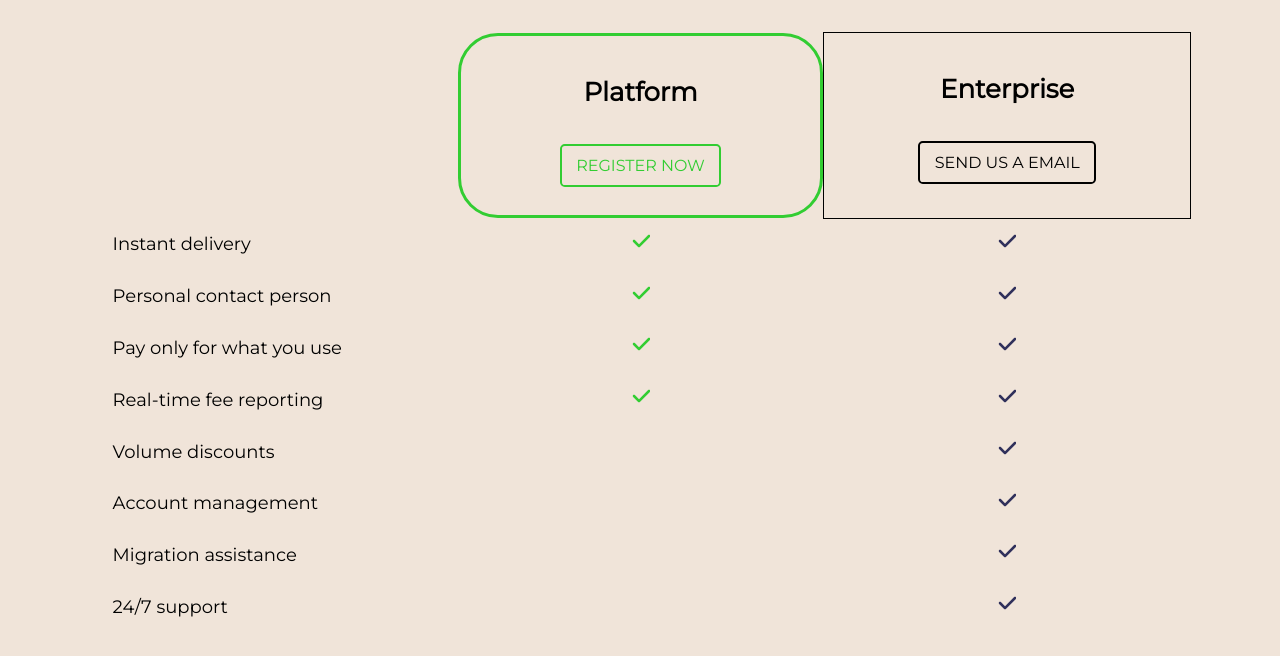
Repository: darlino/gotyu_shopify_section
Page: gotyu_table210223/index.html
These files come from the project's save history. The page is drawn as it stood at one moment and after the next save; the edit follows.
The browser window is 1280 px wide. The pictures show the whole page.

Above is the page before, as saved 2023-02-21 12:21:49.

After the next save:
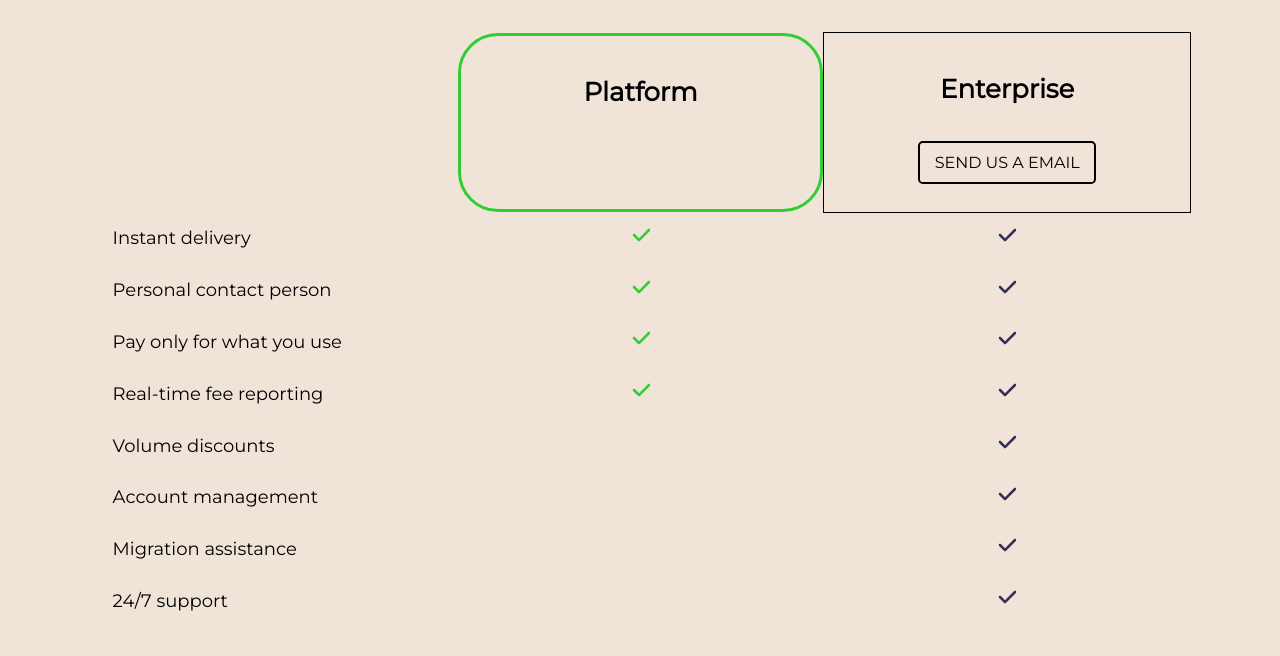
Saved 74 s later.
--- a/gotyu_table210223/index.html
+++ b/gotyu_table210223/index.html
@@ -19,7 +19,6 @@
         <div class="table-cell"></div>
         <div class="table-cell plattform">
           <h3>Platform</h3>
-          <a href="" class="btn">register now</a>
         </div>
         <div class="table-cell enterprise">
           <h3>Enterprise</h3>
